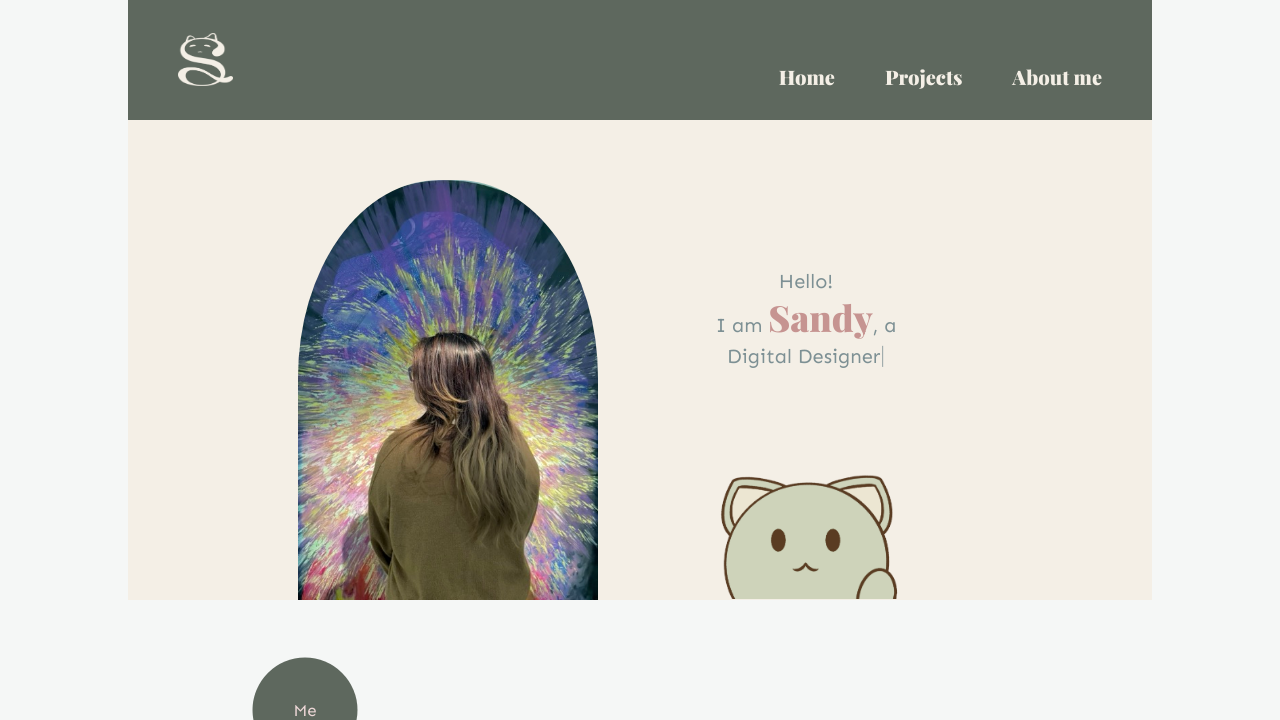
Repository: SandyLy453/portfolio
Page: /
An editor plug-in stored every save of this project. The page is shown before and after the next save, followed by the edit.
The browser window is 1280 px wide. The pictures show the whole page.
Pictures or frames that could not be fetched are drawn as grey boxes. An inner scrolling area shows only its first screen. The project was rebuilt for these pictures with package versions that can differ from the ones it lists, and the page was loaded fresh each time. The framework's server and built-in components were replaced by stand-ins that run in the browser. Also part of the build but not shown: next.config.mjs, modules/Footer/Footer.module.css, modules/Footer/Footer.js, modules/ProjectCard/ProjectCard.module.css, modules/ProjectCard/Projectcard.js.

Above is the page before, as saved 2025-02-13 18:11:19.

After the next save:
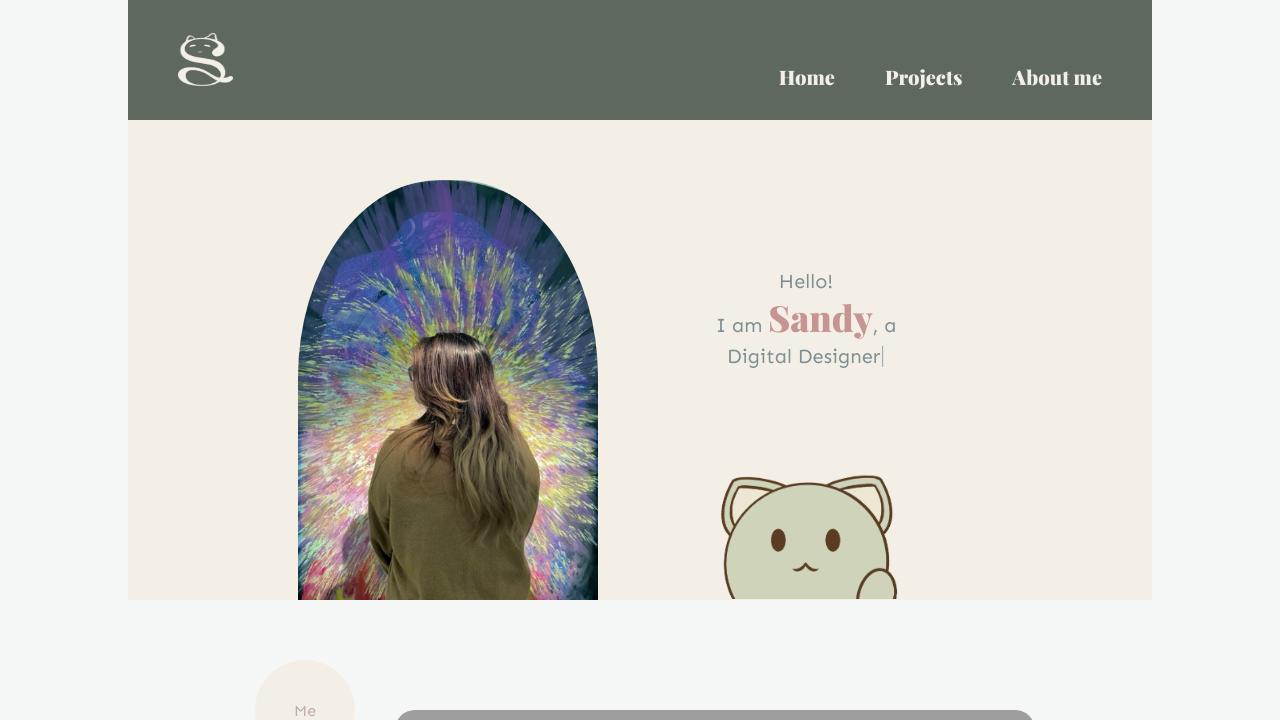
Saved 118 s later.
--- a/modules/ShowCase/ShowCase.js
+++ b/modules/ShowCase/ShowCase.js
@@ -27,7 +27,7 @@ export default function ShowCase() {
                 });
                 setIsFading(false);
             }, 1000);
-        }, 5000);
+        }, 4000);
     };
 
     useEffect(() => {
